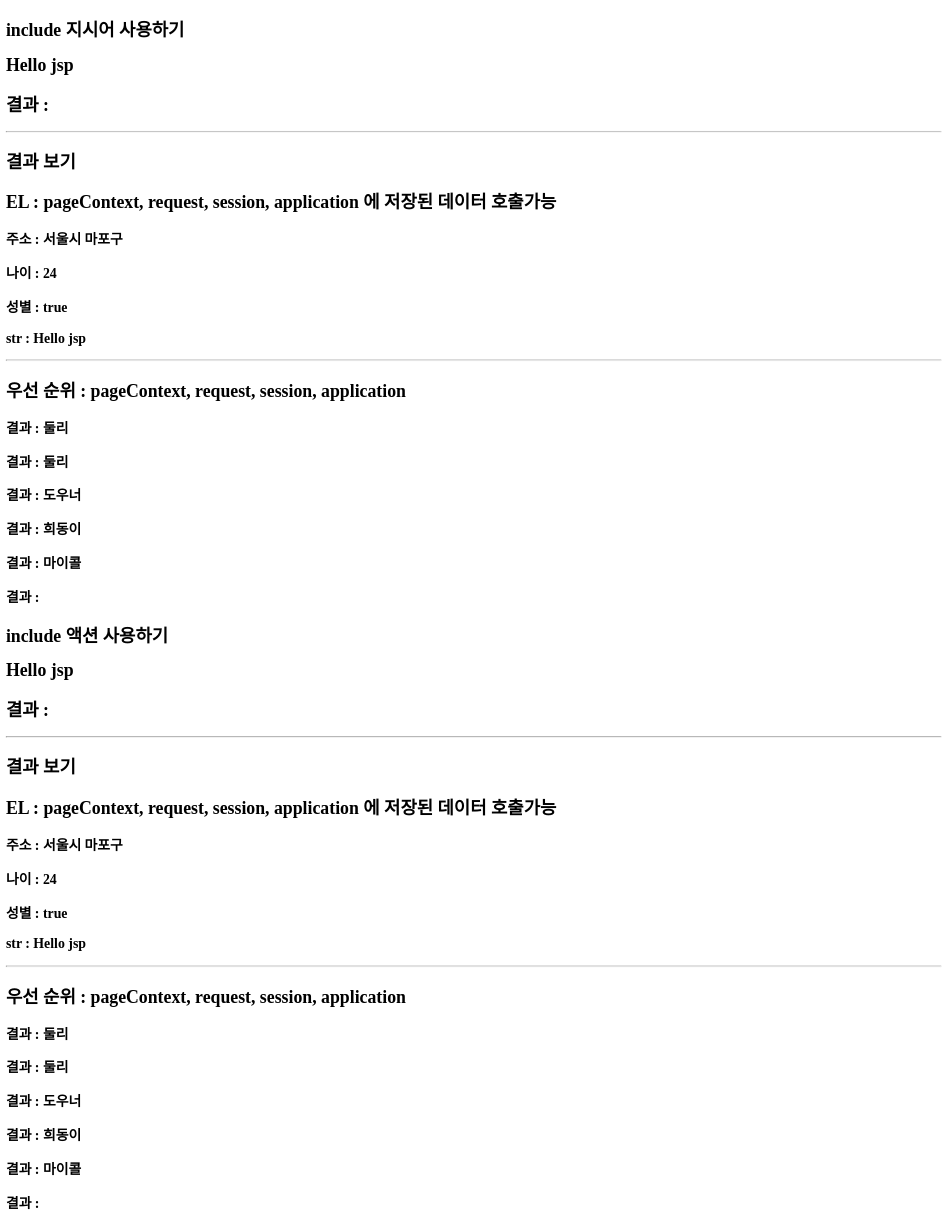
Repository: hagjun/jspstudy
Page: http://localhost/01_servlet/jsp/ex06_ActionTag.jsp
These files come from the project's save history. The page is drawn as it stood at one moment and after the next save; the edit follows.
The browser window is 1280 px wide. The pictures show the whole page, at 74% of full size.
The page is served by Tomcat 9. The template is opened directly, without the code that normally fills it, so the values that code supplies are empty.

Above is the page before, as saved 2024-03-07 00:42:12.

After the next save:
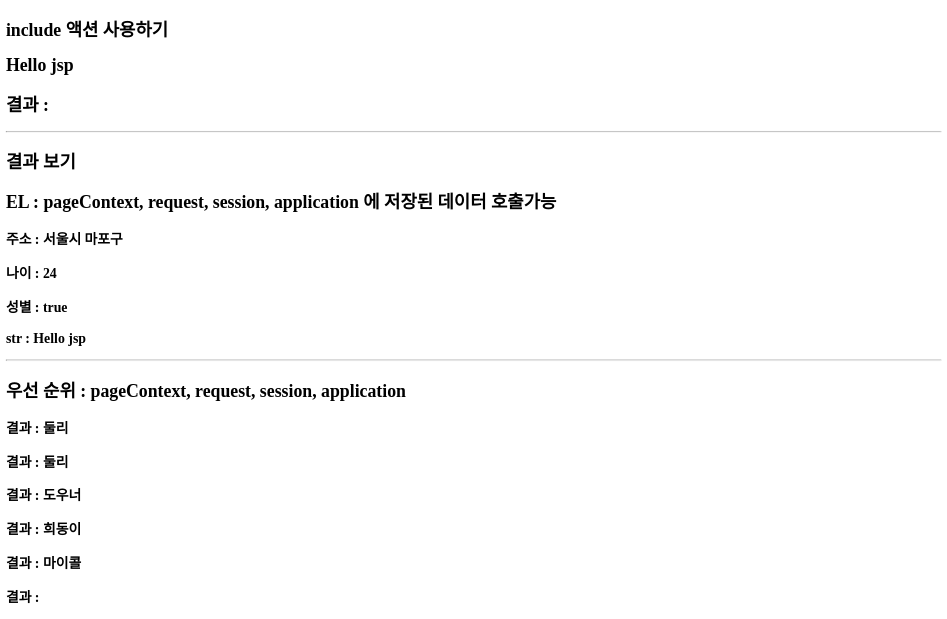
Saved 32 s later.
--- a/01_servlet/src/main/webapp/jsp/ex06_ActionTag.jsp
+++ b/01_servlet/src/main/webapp/jsp/ex06_ActionTag.jsp
@@ -32,8 +32,8 @@
 	<jsp:include page="ex03_request.jsp"></jsp:include>
 	<hr> --%>
 
- 	<h2>include 지시어 사용하기</h2>
- 	<%@ include file="ex05_pageContext.jsp" %>
+ 	<%-- <h2>include 지시어 사용하기</h2>
+ 	<%@ include file="ex05_pageContext.jsp" %> --%>
 
  	<h2>include 액션 사용하기</h2>
 	<jsp:include page="ex05_pageContext.jsp"></jsp:include>
